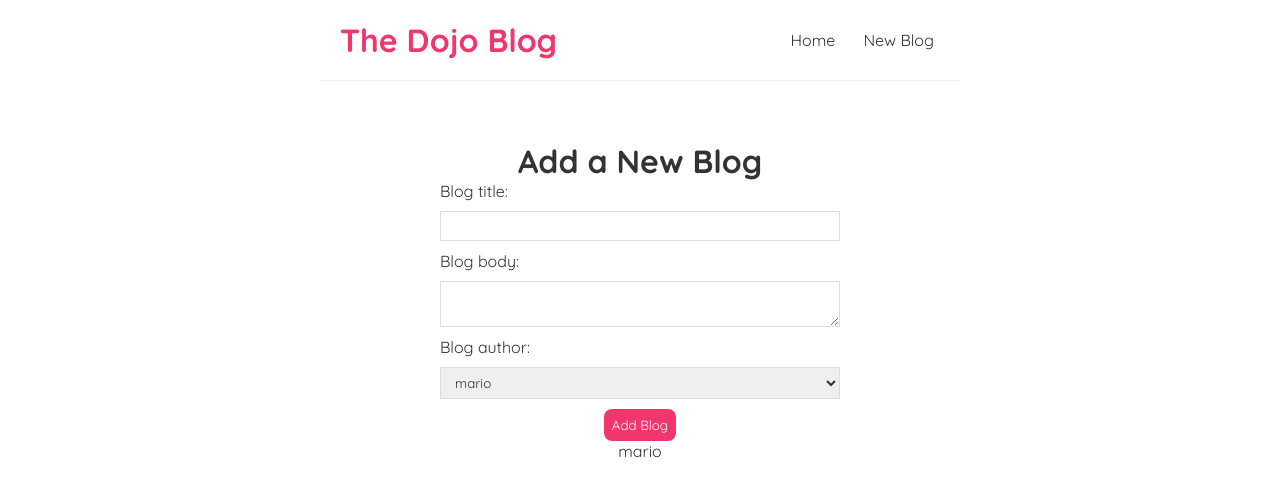
Repository: DESTINYAS/Reactjs
Page: /create
The author's editor kept a copy of each file at every save. The page is drawn from the files as they stood at one save, then again after the next save.
The browser window is 1280 px wide. The pictures show the whole page.
The project was rebuilt for these pictures with package versions that can differ from the ones it lists, and the page was loaded fresh each time. Also part of the build but not shown: src/BlogList.js, src/useFetch.js, src/Home.js, src/BlogDetails.js.

Above is the page before, as saved 2022-12-01 19:22:14.

After the next save:
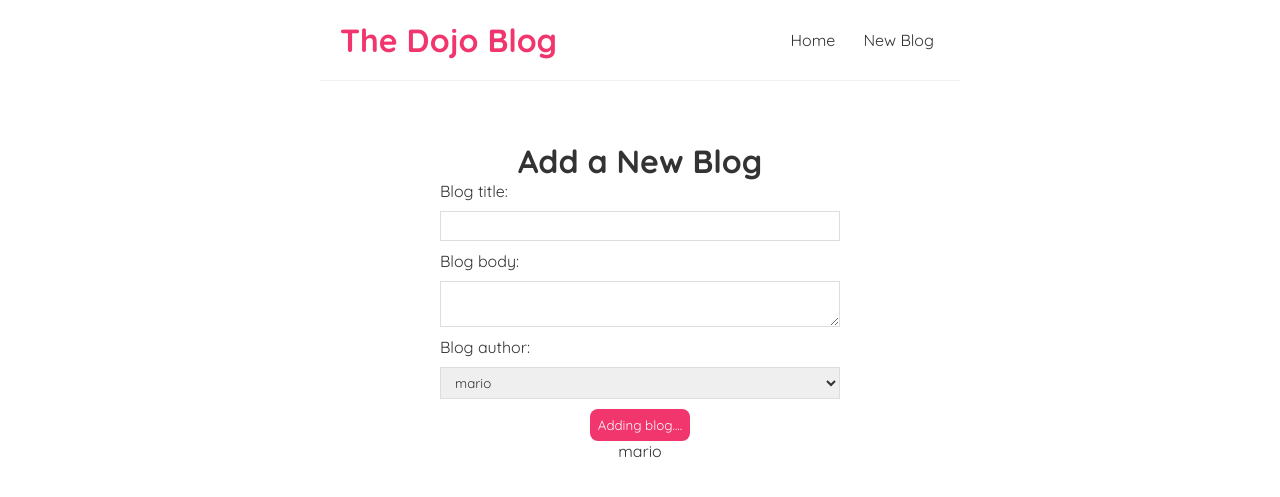
Saved 3 min 9 s later.
--- a/src/create.js
+++ b/src/create.js
@@ -41,7 +41,8 @@ const Create = () => {
           <option value="mario">mario</option>
           <option value="yoshi">yoshi</option>
         </select>
-        <button>Add Blog</button>
+        {!isPending && <button>Add Blog</button>}
+        {isPending && <button disabled>Adding blog....</button>}
         <p>{title}</p>
         <p>{body}</p>
         <p>{author}</p>

After the save that followed:
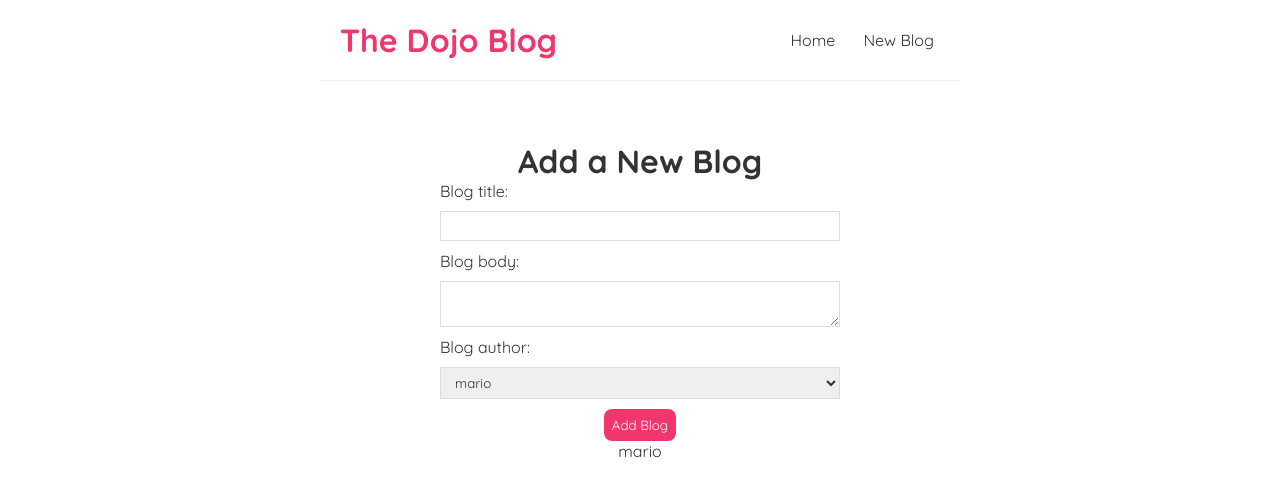
Saved 41 s later.
--- a/src/create.js
+++ b/src/create.js
@@ -4,7 +4,7 @@ const Create = () => {
   const [title, setTitle] = useState("");
   const [body, setBody] = useState("");
   const [author, setAuthor] = useState("mario");
-  const [isPending, setIsPending] = useState("false");
+  const [isPending, setIsPending] = useState(false);
 
   const handleSubmit = (e) => {
     e.preventDefault();
